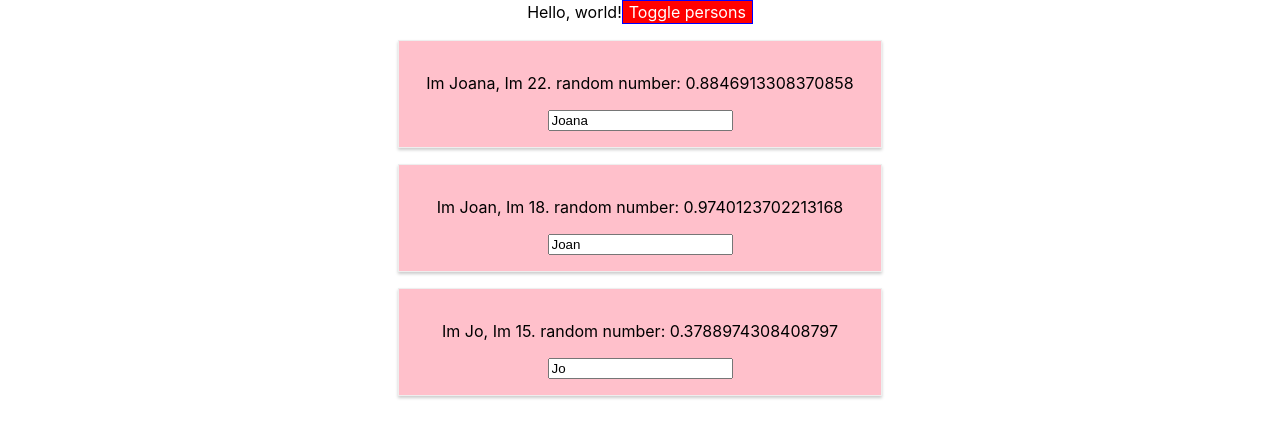
Repository: LironBlum/reactFirstApp
Page: /
An editor plug-in stored every save of this project. The page is shown before and after the next save, followed by the edit.
The browser window is 1280 px wide. The pictures show the whole page.
The project was rebuilt for these pictures with package versions that can differ from the ones it lists, and the page was loaded fresh each time. Also part of the build but not shown: src/components/ErrorBoundary/ErrorBoundary.jsx.

Above is the page before, as saved 2020-09-20 18:20:30.

After the next save:
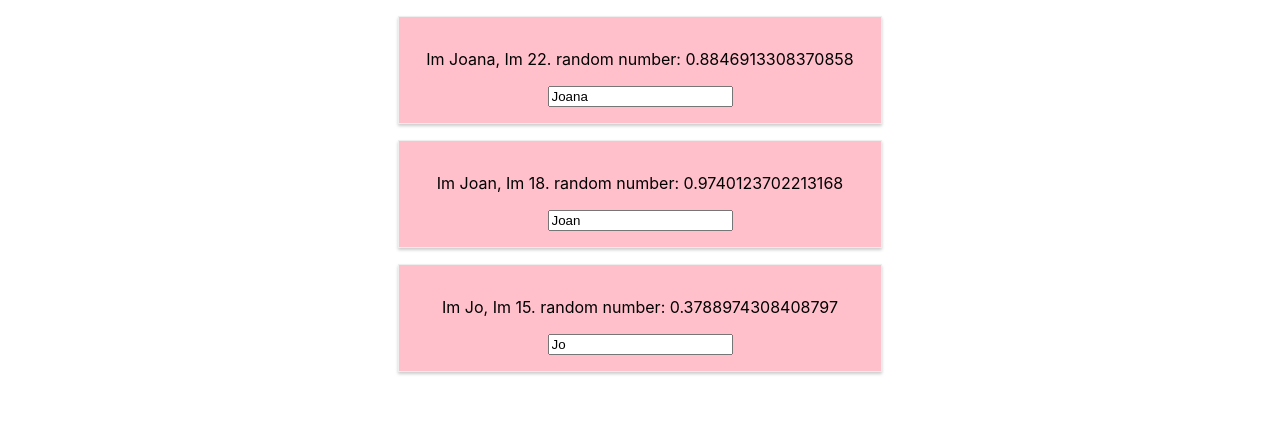
Saved 17 s later.
--- a/src/containers/App.js
+++ b/src/containers/App.js
@@ -90,13 +90,6 @@ class App extends Component {
     }
     return (
       <div className="App">
-        <p1 className={classes.join(' ')}>Hello, world!</p1>
-        <StyledButten
-          alt={
-            this.state.showPersons
-          }
-          onClick={this.togglePersonsHandler}>Toggle persons
-        </StyledButten>
         {persons}
       </div>
 
